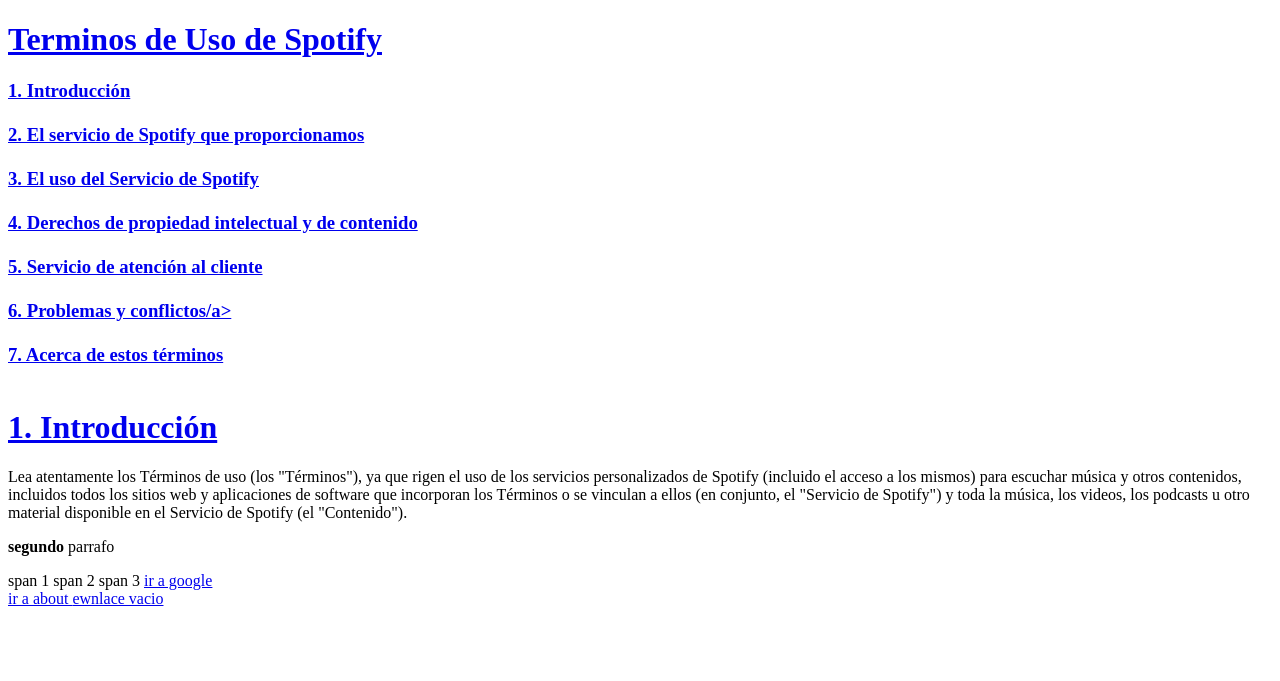
Repository: Devbenitez/Gen_30
Page: Gen_30/maquetado/index.html
The author's editor kept a copy of each file at every save. The page is drawn from the files as they stood at one save, then again after the next save.
The browser window is 1280 px wide. The pictures show the whole page.

Above is the page before, as saved 2023-10-31 03:43:00.

After the next save:
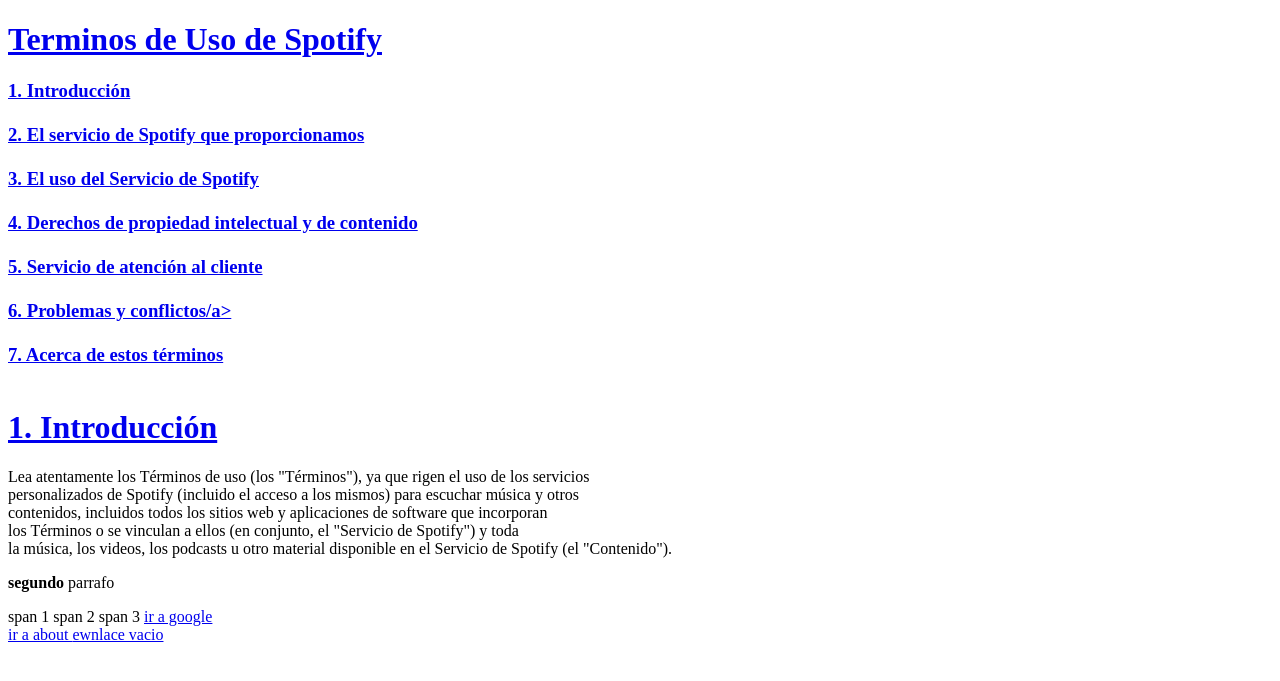
Saved 57 s later.
--- a/Gen_30/maquetado/index.html
+++ b/Gen_30/maquetado/index.html
@@ -47,11 +47,11 @@
 
       <!-- parrafos -->
       <p>
-        Lea atentamente los Términos de uso (los "Términos"), ya que rigen el uso de los servicios
-         personalizados de Spotify (incluido el acceso a los mismos) para escuchar música y otros
-         contenidos, incluidos todos los sitios web y aplicaciones de software que incorporan
-          los Términos o se vinculan a ellos (en conjunto, el "Servicio de Spotify") y toda
-          la música, los videos, los podcasts u otro material disponible en el Servicio de Spotify (el "Contenido").
+        Lea atentamente los Términos de uso (los "Términos"), ya que rigen el uso de los servicios<br />
+         personalizados de Spotify (incluido el acceso a los mismos) para escuchar música y otros <br />
+         contenidos, incluidos todos los sitios web y aplicaciones de software que incorporan <br />
+          los Términos o se vinculan a ellos (en conjunto, el "Servicio de Spotify") y toda <br />
+          la música, los videos, los podcasts u otro material disponible en el Servicio de Spotify (el "Contenido").<br />
       </p>
       <p><b>segundo </b>parrafo</p>
       <!-- spans -->
